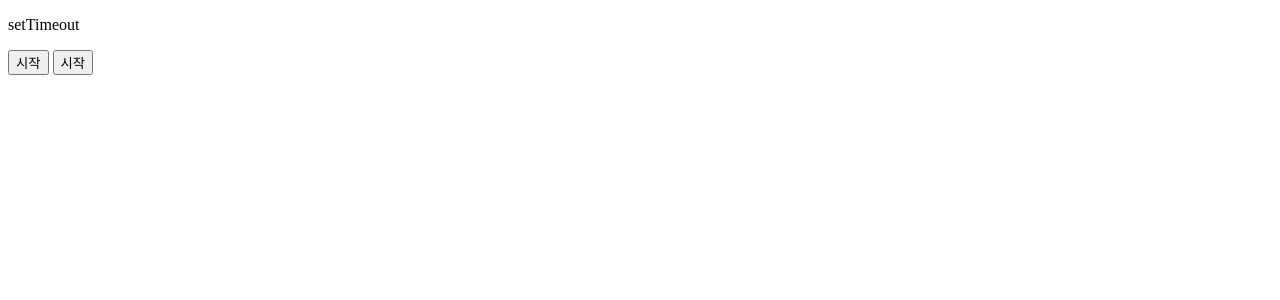
Repository: mnemion/BackendClass
Page: example/src/main/webapp/js12.html
The author's editor kept a copy of each file at every save. The page is drawn from the files as they stood at one save, then again after a run of saves.
The browser window is 1280 px wide. The pictures show the whole page.

Above is the page before, as saved 2023-09-04 01:33:53.

### example/src/main/webapp/js12.html
<!DOCTYPE html>
<html lang="ko">
<head>
<meta charset="UTF-8">
<title>JS SetTimeout, SerInterval 응용편</title>
</head>
<body>
<p>setTimeout</p>
<input type="button" value="시작">
<input type="button" value="시작">
</body>
<script>

</script>
</html>

After the next 4 saves:
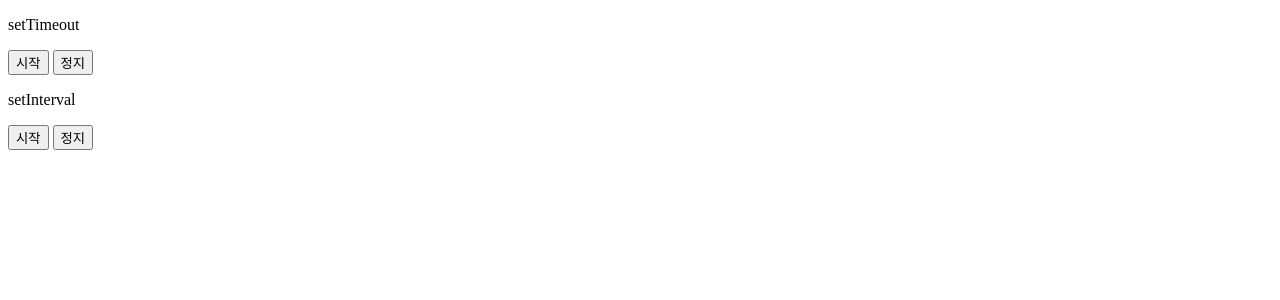
The 4 saves are shown as one change because they came seconds apart.
The last was saved 21 s later.
--- a/example/src/main/webapp/js12.html
+++ b/example/src/main/webapp/js12.html
@@ -5,9 +5,15 @@
 <title>JS SetTimeout, SerInterval 응용편</title>
 </head>
 <body>
+
 <p>setTimeout</p>
 <input type="button" value="시작">
+<input type="button" value="정지">
+
+<p>setInterval</p>
 <input type="button" value="시작">
+<input type="button" value="정지">
+
 </body>
 <script>
 
